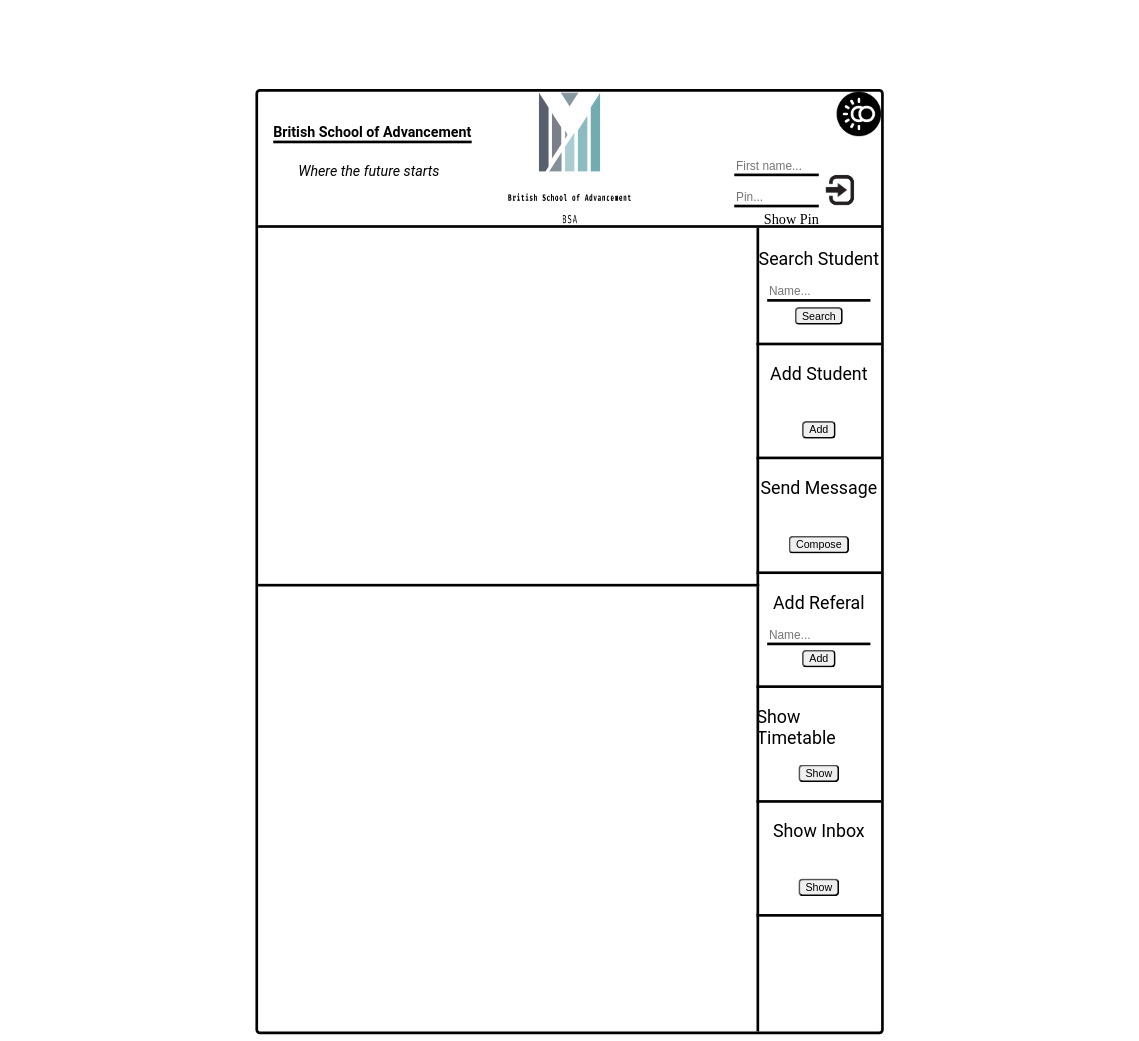
Repository: ghend99/Guardian-Application
Page: index.html
These files come from the project's save history. The page is drawn as it stood at one moment and after a run of saves; the edit follows.
The browser window is 1280 px wide. The pictures show the whole page, at 89% of full size.

Above is the page before, as saved 2023-06-06 18:50:33.

### index.html
<!DOCTYPE html>
<html lang="en">
  <head>
    <meta charset="UTF-8" />
    <meta http-equiv="X-UA-Compatible" content="IE=edge" />
    <meta name="viewport" content="width=device-width, initial-scale=1.0" />
    <title>School Application</title>
    <link rel="stylesheet" href="style.css" />
    <link rel="icon" type="image/x-icon" href="./images/favicon.png" />
  </head>
  <body>
    <div id="main-container">
      <div id="header-container">
        <div id="header-container-left-section">
          <p id="header-school-name" class="page-headers">
            British School of Advancement
          </p>
          <p id="header-school-slogan" class="page-headers">
            Where the future starts
          </p>
        </div>
        <div id="header-container-middle-section">
          <img class="header-middle-section-logo" src="./images/logo.png" />
        </div>
        <div id="header-container-right-section">
          <input
            id="header-login-input-fullname"
            class="login-input-fullname login-input input"
            type="text"
            placeholder="First name..."
          />
          <input
            id="header-login-input-pin"
            class="login-input-pin login-input input"
            placeholder="Pin..."
            type="password"
          />
          <p id="show-pin-header">Show Pin</p>
          <img
            id="header-login-button"
            class="login-button"
            src="./images/login-button.png"
          />
          <img class="header-dark-mode-toggle" src="./images/dark-mode.png" />
          <img class="login-modal-open" src="./images/login.png" />
        </div>
      </div>
      <div id="sidebar-container">
        <div id="sidebar-link-container1" class="sidebar-link-container">
          <p class="sidebar-link-header page-headers">Search Student</p>
          <input class="sidebar-input input" placeholder="Name..." />
          <button class="sidebar-search-button submit-button">Search</button>
        </div>
        <div id="sidebar-link-container2" class="sidebar-link-container">
          <p class="sidebar-link-header page-headers">Add Student</p>
          <button id="add-student" class="sidebar-search-button submit-button">
            Add
          </button>
        </div>
        <div id="sidebar-link-container3" class="sidebar-link-container">
          <p class="sidebar-link-header page-headers">Send Message</p>
          <button
            id="compose-message-open"
            class="sidebar-search-button submit-button"
          >
            Compose
          </button>
        </div>
        <div id="sidebar-link-container4" class="sidebar-link-container">
          <p class="sidebar-link-header page-headers">Add Referal</p>
          <input
            id="add-referal-fullname"
            class="sidebar-input input"
            placeholder="Name..."
          />
          <button id="add-referal" class="sidebar-search-button submit-button">
            Add
          </button>
        </div>
        <div id="sidebar-link-container5" class="sidebar-link-container">
          <p
            id="show-timetable-heading"
            class="sidebar-link-header page-headers"
          >
            Show Timetable
          </p>
          <button
            id="timetable-open"
            class="sidebar-search-button submit-button"
          >
            Show
          </button>
        </div>
        <div id="sidebar-link-container6" class="sidebar-link-container">
          <p class="sidebar-link-header page-headers">Show Inbox</p>
          <button id="inbox-open" class="sidebar-search-button submit-button">
            Show
          </button>
        </div>
        <div id="sidebar-link-container7" class="sidebar-link-container">
          <p class="sidebar-link-header page-headers">Update Timetable</p>
          <button
            id="update-timetable"
            class="sidebar-search-button submit-button"
          >
            Show
          </button>
        </div>
      </div>
      <img id="sidebar-open" src="./images/menu.png" />
      <img id="sidebar-close" src="./images/menu.png" />

      <div id="student-information-container">
        <h1
          id="student-information-name-header"
          class="student-information page-headers"
        >
          Student Name:
        </h1>
        <h3 class="student-information student-information-general-header">
          General Information
        </h3>
        <p id="student-information-first-name" class="student-information">
          First Name:
        </p>
        <p id="student-information-last-name" class="student-information">
          Last Name:
        </p>
        <p id="student-information-year" class="student-information">
          Year Group:
        </p>
        <p id="student-information-referals" class="student-information">
          Referals:
        </p>
        <p id="password-reset" class="student-information">Reset Password</p>
      </div>

      <div id="student-management-container">
        <p class="student-management-heading"></p>
        <img id="student-management-close" src="./images/close.png" />
        <div id="timetable-container"></div>
        <div id="inbox-container">
          <div id="inbox-header">
            <p class="inbox-header-header">Date</p>
            <p class="inbox-header-header">Sender</p>
            <p class="inbox-header-header">Reciever</p>
            <p class="inbox-header-header">Subject</p>
            <p class="inbox-header-header">Message</p>
          </div>
          <div id="inbox-line">
            <p></p>
            <p></p>
            <p></p>
            <p></p>
            <p></p>
          </div>
        </div>
      </div>
    </div>

    <div id="login-modal-container">
      <h1 class="login-modal-header modal-header page-headers">Login</h1>
      <img
        id="login-modal-close"
        class="modal-close"
        src="./images/close.png"
      />
      <input
        id="login-modal-fullname"
        class="login-input-fullname login-modal-input input"
        type="text"
        placeholder="Full name..."
      />
      <input
        id="login-modal-pin"
        class="login-input-pin login-modal-input input"
        type="number"
        placeholder="Pin..."
      />
      <p id="login-modal-show-pin">Show Pin</p>
      <input id="login-modal-submit" class="submit-button" type="submit" />
    </div>

    <div id="create-account-container">
      <p id="create-account-header" class="modal-header page-headers">
        Add Student Details
      </p>
      <img
        id="create-account-close"
        class="modal-close"
        src="./images/close.png"
      />
      <input
        id="create-account-first-name"
        class="create-account-input input"
        placeholder="First name..."
      />
      <input
        id="create-account-last-name"
        class="create-account-input input"
        placeholder="Last name..."
      />
      <input
        id="create-account-year"
        class="create-account-input input"
        placeholder="Year..."
      />
      <input
        id="create-account-pin"
        class="create-account-input input"
        placeholder="Year..."
      />

      <input
        id="create-account-repin"
        class="create-account-input input"
        placeholder="Year..."
      />
      <input id="create-account-submit" class="submit-button" type="submit" />
    </div>

    <div id="compose-message-container" class="">
      <p id="compose-message-header" class="modal-header">Compose Message</p>
      <img
        id="compose-message-close"
        class="modal-close"
        src="./images/close.png"
      />
      <input
        id="compose-message-reciever"
        class="compose-message-input input"
        type="text"
        placeholder="Reciever..."
      />
      <input
        id="compose-message-title"
        class="compose-message-input input"
        type="text"
        placeholder="Subject..."
      />
      <textarea
        id="compose-message-text-area"
        placeholder="Message..."
      ></textarea>
      <input id="compose-message-submit" class="submit-button" type="submit" />
    </div>

    <div id="password-reset-container">
      <p id="password-reset-header" class="modal-header page-headers">
        Pin Reset
      </p>
      <img
        id="password-reset-close"
        class="modal-close"
        src="./images/close.png"
      />
      <input
        id="password-reset-old"
        class="password-reset-input input"
        type="number"
        placeholder="Old Pin..."
      />
      <input
        id="password-reset-new"
        class="password-reset-input input"
        type="number"
        placeholder="New Pin..."
      />
      <input
        id="password-reset-new-retype"
        class="password-reset-input input"
        type="number"
        placeholder="New Pin..."
      />
      <input id="password-reset-submit" class="submit-button" type="submit" />
    </div>
    <script src="functions.js"></script>
    <script src="elements.js"></script>
    <script src="buttons.js"></script>
    <script src="message.js"></script>
    <script src="timetable.js"></script>
  </body>
</html>

### style.css
button {
  cursor: pointer;
}

.input {
  background-color: transparent;
  text-decoration: none;
  border: none;
  border-bottom: solid;
  outline: none;
}

.page-headers {
  font-family: "Roboto", Arial;
}

.modal-header {
  font-size: 30px;
  font-weight: bold;
  margin-top: 10px;
}

.dark-mode {
  background-color: black;
  color: white;
  border: solid;
  border-radius: 5px;
}

.input-dark-mode {
  color: white;
  border-color: white;
}

.button-dark-mode {
  color: white;
  background-color: black;
}

#main-container {
  position: relative;
  left: 50%;
  transform: translate(-50%);
  max-width: 50%;
  min-width: 700px;
  max-height: 1200px;
  min-height: 1000px;
  margin-top: 100px;
  border: solid;
  border-radius: 5px;
}

#header-container {
  display: grid;
  grid-template-columns: 1fr 1fr 1fr;
  grid-template-rows: 1fr;
  max-height: 200px;
  min-height: 150px;
  width: 100%;
  border-bottom: solid;
}

#header-school-name {
  position: absolute;
  top: 20px;
  left: 17px;
  font-size: clamp(1rem, 1vw, 2rem);
  font-weight: bold;
  border-bottom: solid;
}

#header-school-slogan {
  position: absolute;
  top: clamp(5%, 70px, 80px);
  left: clamp(45px, 5%, 70px);
  font-size: clamp(0.9rem, 1.5vw, 1rem);
  margin-top: 10px;
  font-style: italic;
}

#header-container-middle-section {
  display: flex;
  justify-content: center;
}

.header-middle-section-logo {
  width: 60%;
}

#header-login-input-fullname {
  position: absolute;
  top: 75px;
  width: 13%;
  right: 10%;
}

#header-login-input-pin {
  position: absolute;
  top: 110px;
  width: 13%;
  right: 10%;
}

#show-pin-header {
  position: absolute;
  top: 135px;
  right: 10%;
  margin: 0;
}

#header-login-button {
  position: absolute;
  width: 50px;
  right: 3%;
  top: 85px;
  cursor: pointer;
}

.header-dark-mode-toggle {
  position: absolute;
  width: 50px;
  top: 0;
  right: 0;
  cursor: pointer;
}

.login-modal-open {
  display: none;
}

#sidebar-container {
  position: absolute;
  display: grid;
  grid-template-columns: 1fr;
  grid-template-rows: 1fr 1fr 1fr 1fr 1fr 1fr 1fr;
  right: 0;
  bottom: 0;
  max-width: 30%;
  min-width: 20%;
  max-height: 1000px;
  min-height: 900px;
}

#sidebar-link-container1 {
  justify-content: center;
}

/* #sidebar-link-container6 {
  border-bottom: none;
} */

#sidebar-link-container7 {
  display: none;
  border-bottom: none;
}

.sidebar-link-container {
  position: relative;
  display: flex;
  justify-content: center;
  border-bottom: solid;
}

.sidebar-link-header {
  position: absolute;
  font-size: 20px;
}

.sidebar-input {
  position: absolute;
  margin-top: 60px;
  width: 80%;
}

.sidebar-search-button {
  position: absolute;
  max-width: 75%;
  min-width: 30px;
  bottom: 20px;
  border-radius: 5px;
  font-size: clamp(4px, 12px, 18px);
}

#sidebar-open,
#sidebar-close {
  position: absolute;
  width: 50px;
  right: 0;
  top: 155px;
  display: none;
}

#sidebar-close {
  right: 120px;
}

#student-information-container {
  max-height: 800px;
  min-height: 400px;
  max-width: 80%;
  min-width: 50%;
  border-bottom: solid;
  border-right: solid;
}

#student-information-name-header {
  font-size: 30px;
  font-weight: bold;
  border-bottom: solid;
  width: fit-content;
  margin-left: 30px;
  margin-top: 0;
}

.student-information {
  margin-left: 40px;
  display: none;
}

.student-information-general-header {
  font-size: 24px;
  font-weight: bold;
  padding-left: 40px;
}

#password-reset {
  border-bottom: solid;
  font-weight: bold;
  width: fit-content;
  cursor: pointer;
}

#student-management-container {
  max-width: 80%;
  min-width: 50%;
  max-height: 600px;
  min-height: 500px;
  border-right: solid;
}

.student-management-heading {
  display: inline-block;
  font-size: 30px;
  margin: 0;
  margin-left: 20px;
  width: fit-content;
}

#student-management-close {
  position: absolute;
  bottom: 45.7%;
  right: 21%;
  width: 30px;
  cursor: pointer;
  display: none;
}

#timetable-container {
  position: relative;
  display: grid;
  grid-gap: 1em;
  grid-template-rows: repeat(var(--grid-rows), 1fr);
  grid-template-columns: repeat(var(--grid-cols), 1fr);
  /* top: 50px; */
  overflow: scroll;
  max-height: 90%;
  min-height: 466px;
  /* max-width: 99.6%;
  min-width: 250px; */
  display: none;
}

:root {
  --grid-cols: 1;
  --grid-rows: 1;
}

.grid-item {
  padding: 1em;
  border: 1px solid #ddd;
  text-align: center;
}

#timetable-input {
  width: 100px;
}

#inbox-container {
  max-height: 90%;
  min-height: 466px;
  max-width: 99.6%;
  min-width: 250px;
  display: none;
}

#inbox-header {
  position: relative;
  display: grid;
  grid-template-columns: 1fr 1fr 1fr 1fr 1fr;
  grid-template-rows: 1fr;
  width: 100%;
  height: 50px;
  /* background-color: aqua; */
  overflow-y: auto;
  font-family: "Roboto", Arial;
}

.inbox-header-header {
  margin-top: 0;
}

#inbox-line {
  position: relative;
  display: grid;
  grid-template-columns: 1fr 1fr 1fr 1fr 1fr;
  grid-template-rows: 1fr;
  row-gap: 20px;
  width: 100%;
  height: 50px;
  /* background-color: darkorange; */
  overflow-y: auto;
  font-family: "EB Garamond", Arial;
}

#login-modal-container,
#create-account-container,
#compose-message-container,
#password-reset-container {
  position: absolute;
  left: 50%;
  top: 30%;
  transform: translate(-50%);
  text-align: center;
  border: solid;
  border-radius: 5px;
  display: none;
}

#login-modal-container {
  max-width: 40%;
  min-width: 300px;
  max-height: 400px;
  min-height: 300px;
  text-align: center;
  border: solid;
  border-radius: 5px;
  display: none;
  background-color: whitesmoke;
  cursor: pointer;
}

#login-modal-fullname {
  position: absolute;
  top: 120px;
  left: 50px;
}

#login-modal-pin {
  position: absolute;
  top: 170px;
  left: 50px;
}

#login-modal-show-pin {
  position: absolute;
  top: 200px;
  left: 50px;
  margin: 0;
  font-size: 14px;
  cursor: pointer;
}

#login-modal-submit {
  left: 15%;
}

#login-modal-submit,
#create-account-submit,
#compose-message-submit,
#password-reset-submit {
  position: absolute;
  bottom: 20px;
  max-height: 60px;
  min-height: 30px;
  max-width: 20%;
  min-width: 200px;
}

#create-account-container {
  max-width: 60%;
  min-width: 400px;
  max-height: 600px;
  min-height: 500px;
}

.create-account-input,
.compose-message-input,
.password-reset-input {
  position: absolute;
  left: 30px;
}

#create-account-first-name {
  top: 80px;
}

#create-account-last-name {
  top: 150px;
}

#create-account-year {
  top: 220px;
}

#create-account-pin {
  top: 290px;
}

#create-account-submit {
  left: 25%;
}

#create-account-repin {
  position: absolute;
  top: 360px;
  left: 30px;
}

#compose-message-container {
  max-width: 60%;
  min-width: 400px;
  max-height: 600px;
  min-height: 500px;
}

.modal-close {
  position: absolute;
  width: 30px;
  right: 0;
  top: 0;
  cursor: pointer;
}

#compose-message-reciever {
  top: 80px;
}

#compose-message-title {
  top: 130px;
}

#compose-message-text-area {
  position: absolute;
  top: 35%;
  left: 30px;
  max-height: 80%;
  min-height: 230px;
  max-width: 100%;
  min-width: 280px;
}

#compose-message-submit {
  left: 25%;
}

#password-reset-container {
  max-width: 40%;
  min-width: 300px;
  max-height: 400px;
  min-height: 300px;
}

#password-reset-new {
  top: 120px;
}

#password-reset-new-retype {
  top: 165px;
}

#password-reset-submit {
  left: 17%;
}

/* @media screen and (min-width: 0) and (max-width: 1600px) {
  #show-timetable-heading {
    font-size: 18px;
  }
} */

@media screen and (min-width: 0) and (max-width: 720px) {
  #main-container {
    max-width: 600px;
    min-width: 300px;
  }

  #header-container {
    grid-template-columns: 1fr 1fr;
  }

  .header-middle-section-logo,
  #header-login-input-fullname,
  #header-login-input-pin,
  #show-pin-header,
  #header-login-button {
    display: none;
  }

  .login-modal-open {
    position: absolute;
    display: block;
    right: 0;
    top: 100px;
    width: 50px;
  }

  #sidebar-container {
    display: none;
  }

  .sidebar-link-header {
    font-size: 12px;
  }

  #sidebar-open {
    display: block;
  }

  .student-information-name-header {
    margin-left: 15px;
  }

  .student-information-general-header {
    margin-left: 25px;
    padding: 0;
  }

  .student-information {
    margin-left: 28px;
  }
}

### buttons.js
btnDarkModeToggle.addEventListener("click", function (e) {
  e.preventDefault();
  if (darkMode === false) {
    darkModeToggle();
  } else {
    lightModeToggle();
  }
});

btnAddStudentOpen.addEventListener("click", function (e) {
  e.preventDefault();
  addStudentContainer.style.display = "block";
  mainContainer.style.filter = "blur(3px)";
});

btnAddStudentClose.addEventListener("click", function (e) {
  e.preventDefault();
  addStudentContainer.style.display = "none";
  mainContainer.style.filter = "blur(0px)";
});

btndAddStudentSubmit.addEventListener("click", function (e) {
  e.preventDefault();
  createStudent();
  addStudentFirstNameInput.value = "";
  addStudentLastNameInput.value = "";
  addStudentYearInput.value = "";
  addStudentPinInput.value = "";
  addStudentRePinInput.value = "";
});

btnLoginHeader.addEventListener("click", function (e) {
  e.preventDefault();
  login();
  studentInformation.forEach((e) => {
    e.style.display = "block";
    inboxContainer.style.display = "none";
    inboxLine.innerHTML = "";
  });
  UpdateTimetableLinkContainer.style.display = "none";
});

btnLoginModalOpen.addEventListener("click", function (e) {
  e.preventDefault();
  loginContainer.style.display = "block";
  mainContainer.style.filter = "blur(3px)";
});

btnLoginModalClose.addEventListener("click", function (e) {
  e.preventDefault();
  loginContainer.style.display = "none";
  mainContainer.style.filter = "blur(0px)";
});

btnLoginModalSubmit.addEventListener("click", function (e) {
  e.preventDefault();
  loginModal();
  studentInformation.forEach((e) => {
    e.style.display = "block";
  });
  loginContainer.style.display = "none";
  mainContainer.style.filter = "blur(0px)";
});

btnComposeMessageOpen.addEventListener("click", function (e) {
  e.preventDefault();
  if (currentAccount === undefined) {
    alert("You need to login first");
  } else {
    composeMessageContainer.style.display = "block";
    mainContainer.style.filter = "blur(3px)";
  }
});

btnComposeMessageClose.addEventListener("click", function (e) {
  composeMessageContainer.style.display = "none";
  mainContainer.style.filter = "blur(0px)";
});

btnComposeMessageSubmit.addEventListener("click", function (e) {
  e.preventDefault();
  sendMessage();
});

btnInboxOpen.addEventListener("click", function (e) {
  e.preventDefault();
  if (currentAccount === undefined) {
    alert("You need to login first");
  } else {
    timetableContainer.style.display = "none";
    inboxContainer.style.display = "block";
    studentManagementHeading.textContent = "Inbox";
    btnStudentManagementClose.style.display = "block";
  }
});

btnTimetableOpen.addEventListener("click", function (e) {
  e.preventDefault();
  if (currentAccount === undefined) {
    alert("You need to login first");
  } else {
    inboxContainer.style.display = "none";
    timetableContainer.style.display = "grid";
    UpdateTimetableLinkContainer.style.display = "flex";
    studentManagementHeading.textContent = "Timetable";
    btnStudentManagementClose.style.display = "block";
  }
});

btnStudentManagementClose.addEventListener("click", function (e) {
  timetableContainer.style.display = "none";
  inboxContainer.style.display = "none";
  studentManagementHeading.textContent = "";
  btnStudentManagementClose.style.display = "none";
});

btnUpdateTimetableLink.addEventListener("click", function (e) {
  updateTimetableLink();
});

btnSidebarOpen.addEventListener("click", function (e) {
  e.preventDefault();
  sidebarContainer.style.display = "grid";
  btnSidebarOpen.style.display = "none";
  btnSidebarClose.style.display = "block";
});

btnSidebarClose.addEventListener("click", function (e) {
  e.preventDefault();
  sidebarContainer.style.display = "none";
  btnSidebarOpen.style.display = "block";
  btnSidebarClose.style.display = "none";
});

### message.js
const sendMessage = function () {
  const message = composeMessageText.value;
  const subject = composeMessageSubject.value;
  const reciever = composeMessageReciever.value;
  const target = students.find((stu) => stu.fullName === `${reciever}`);
  const date = new Date(Date.now()).toLocaleString();
  console.log(date);
  console.log(message, subject, reciever, target);
  if (target === undefined) {
    alert("Not a valid message reciercer");
  } else {
    target.inbox.push(message);
    target.from.push(currentAccount.fullName);
    target.subject.push(subject);
    target.date.push(date);
    // currentAccount.sent.push(message);
    // currentAccount.date.push(date);
    composeMessageReciever.value = "";
    composeMessageText.value = "";
    composeMessageSubject.value = "";
    localStorage.setItem("students", JSON.stringify(students));
    alert("Message Sent");
    // updateInbox(target, currentAccount, message, subject);
  }
};

// const updateInbox = function (target, currentAccount, message, subject) {
//   const html = ` <div id="inbox-line">
//   <p>${new Date(Date.now()).toLocaleString()}</p>
//   <p>${currentAccount.fullName}</p>
//   <p>${target.fullName}</p>
//   <p>${subject}</p>
//   <p>${message}</p>
// </div>
//   `;
//   inboxLine.insertAdjacentHTML("beforebegin", html);
// };

const updateInboxLoad = function (target) {
  getStudentsLocalStorage();
  for (let i = 0; i < currentAccount.inbox.length; i++) {
    const html = `<div id="inbox-line">
  <p>${currentAccount.date[i]}</p>
  <p>${currentAccount.from[i]}</p>
  <p>${currentAccount.fullName}</p>
  <p>${currentAccount.subject[i]}</p>
  <p>${currentAccount.inbox[i]}</p>
</div>
  `;
    inboxLine.insertAdjacentHTML("beforebegin", html);
  }
};
// updateInboxLoad();

Loaded but not shown: timetable.js (295 lines, source omitted); functions.js (221 lines, source omitted); elements.js (99 lines, source omitted)

After the next 2 saves:
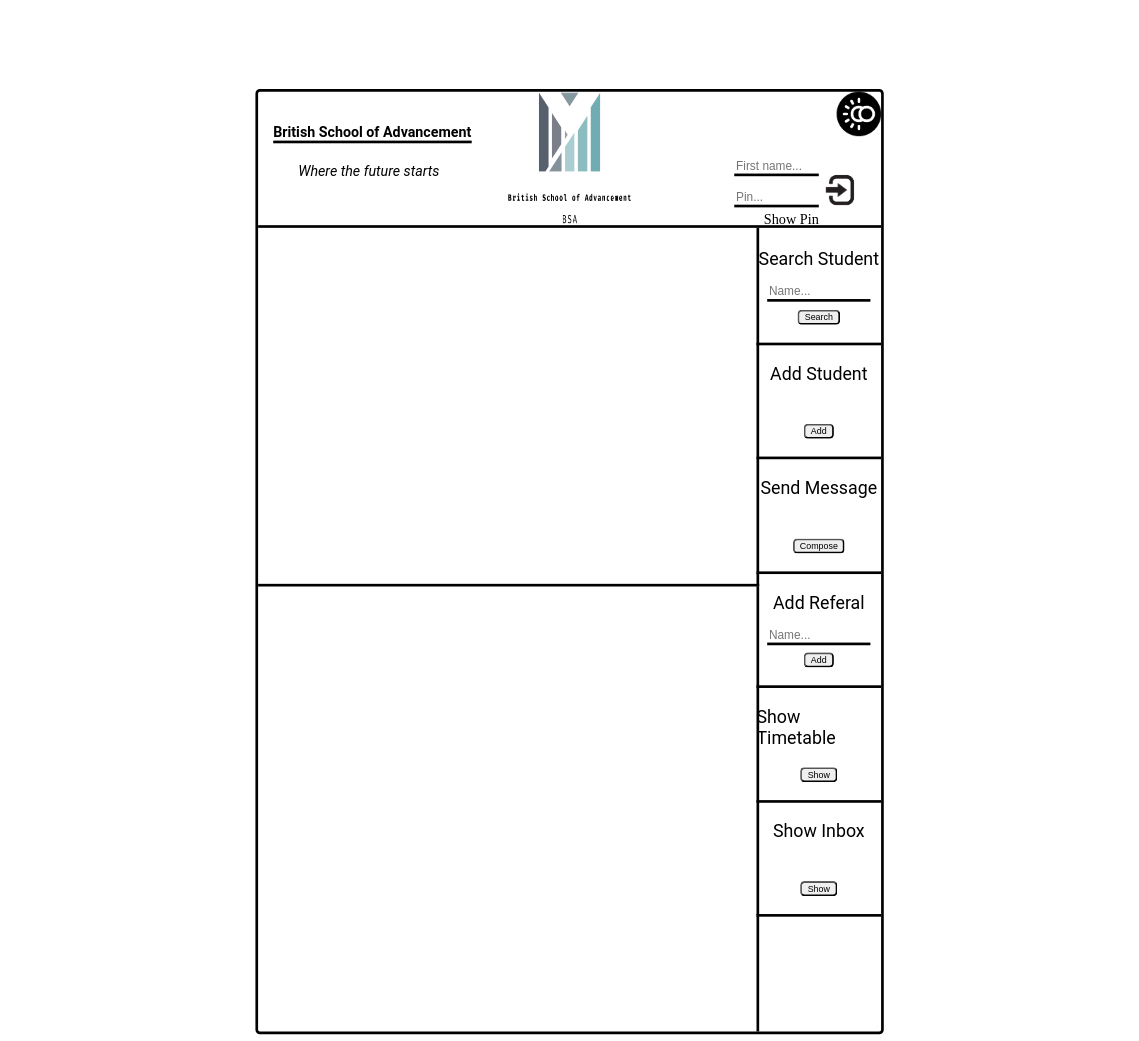
The 2 saves are shown as one change because they came seconds apart.
The last was saved 8 s later.
--- a/style.css
+++ b/style.css
@@ -178,7 +178,7 @@ button {
   min-width: 30px;
   bottom: 20px;
   border-radius: 5px;
-  font-size: clamp(4px, 12px, 18px);
+  font-size: clamp(4px, 10px, 18px);
 }
 
 #sidebar-open,
